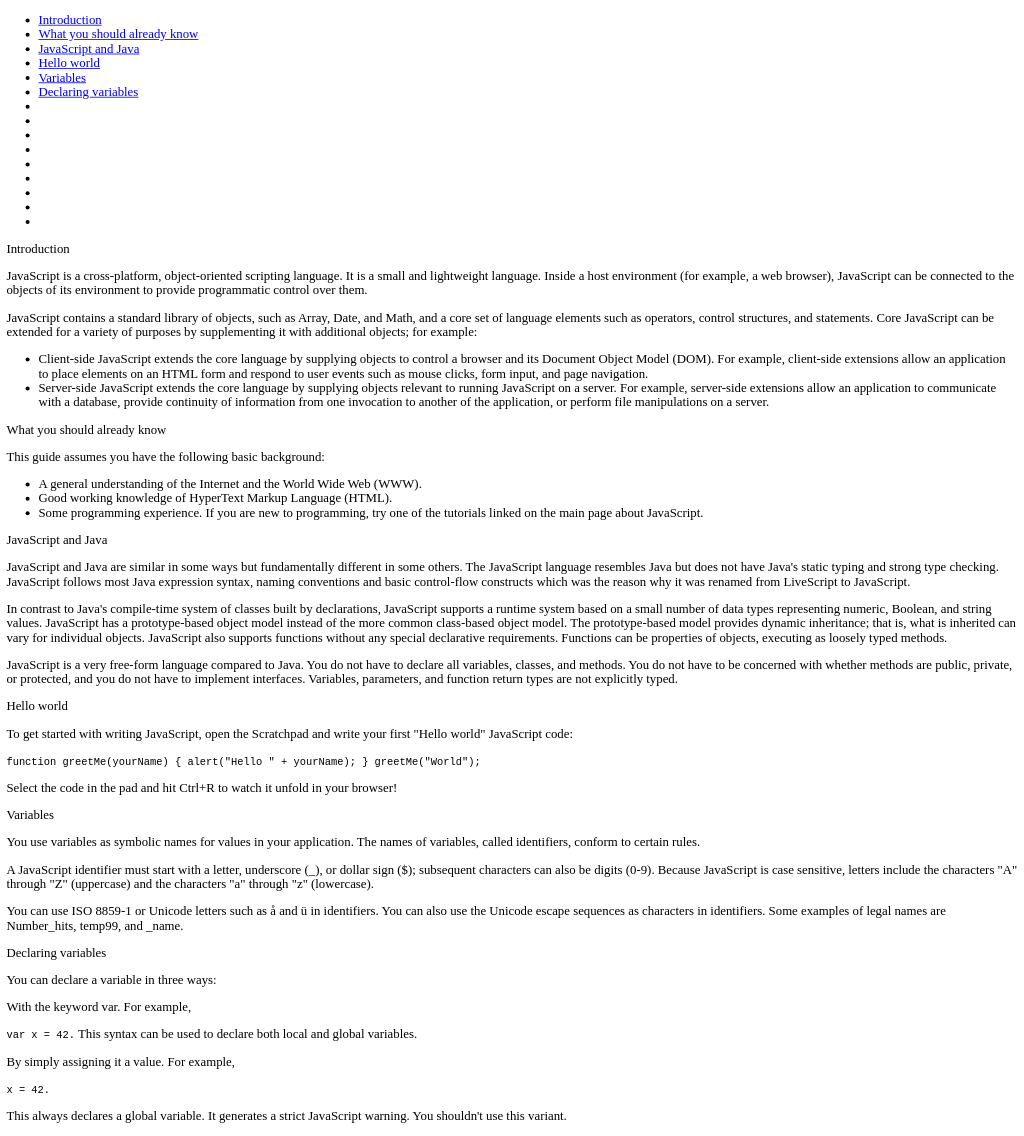
Repository: Lungdjos/technical_document_page_certificate
Page: index.html
These files come from the project's save history. The page is drawn as it stood at one moment and after the next save; the edit follows.
The browser window is 1280 px wide. The pictures show the whole page, at 80% of full size.

Above is the page before, as saved 2023-11-20 19:16:34.

### index.html
<!DOCTYPE html>
<html lang="en">

<head>
    <meta charset="UTF-8">
    <meta name="viewport" content="width=device-width, initial-scale=1.0">
    <title>Technical Document</title>
    <link rel="stylesheet" href="./styles.css">
</head>

<body>
    <nav id="nav-bar">
        <header></header>
        <ul>
            <li>
                <a href="#Introduction" class="navlink">Introduction</a>
            </li>
            <li>
                <a href="#What_you_should_already_know" class="navlink">What you should already know</a>
            </li>
            <li>
                <a href="#JavaScript_and_Java" class="navlink">JavaScript and Java</a>
            </li>
            <li>
                <a href="#Hello_world" class="navlink">Hello world</a>
            </li>
            <li>
                <a href="#Variables" class="navlink">Variables</a>
            </li>
            <li>
                <a href="#Declaring_variables" class="navlink">Declaring variables</a>
            </li>
            <li>
                <a href="" class="navlink"></a>
            </li>
            <li>
                <a href="" class="navlink"></a>
            </li>
            <li>
                <a href="" class="navlink"></a>
            </li>
            <li>
                <a href="" class="navlink"></a>
            </li>
            <li>
                <a href="" class="navlink"></a>
            </li>
            <li>
                <a href="" class="navlink"></a>
            </li>
            <li>
                <a href="" class="navlink"></a>
            </li>
            <li>
                <a href="" class="navlink"></a>
            </li>
            <li>
                <a href="" class="navlink"></a>
            </li>
        </ul>
    </nav>
    <main id="main-doc">
        <section class="main-section" id="Introduction">
            <header id="">Introduction</header>
            <p>JavaScript is a cross-platform, object-oriented scripting language. It is a small and lightweight language. Inside a host environment (for example, a web browser), JavaScript can be connected to the objects of its environment to provide programmatic
                control over them.</p>
            <p>JavaScript contains a standard library of objects, such as Array, Date, and Math, and a core set of language elements such as operators, control structures, and statements. Core JavaScript can be extended for a variety of purposes by supplementing
                it with additional objects; for example:
                <ul>
                    <li>Client-side JavaScript extends the core language by supplying objects to control a browser and its Document Object Model (DOM). For example, client-side extensions allow an application to place elements on an HTML form and respond
                        to user events such as mouse clicks, form input, and page navigation.</li>
                    <li>Server-side JavaScript extends the core language by supplying objects relevant to running JavaScript on a server. For example, server-side extensions allow an application to communicate with a database, provide continuity of information
                        from one invocation to another of the application, or perform file manipulations on a server.</li>
                </ul>
            </p>

        </section>
        <section class="main-section" id="What_you_should_already_know">
            <header id="">What you should already know</header>
            <p>This guide assumes you have the following basic background:
                <ul>
                    <li>A general understanding of the Internet and the World Wide Web (WWW).</li>
                    <li>Good working knowledge of HyperText Markup Language (HTML).</li>
                    <li>Some programming experience. If you are new to programming, try one of the tutorials linked on the main page about JavaScript.</li>
                </ul>
            </p>

        </section>
        <section class="main-section" id="JavaScript_and_Java">
            <header id="">JavaScript and Java</header>
            <p>JavaScript and Java are similar in some ways but fundamentally different in some others. The JavaScript language resembles Java but does not have Java's static typing and strong type checking. JavaScript follows most Java expression syntax,
                naming conventions and basic control-flow constructs which was the reason why it was renamed from LiveScript to JavaScript.</p>
            <p>In contrast to Java's compile-time system of classes built by declarations, JavaScript supports a runtime system based on a small number of data types representing numeric, Boolean, and string values. JavaScript has a prototype-based object
                model instead of the more common class-based object model. The prototype-based model provides dynamic inheritance; that is, what is inherited can vary for individual objects. JavaScript also supports functions without any special declarative
                requirements. Functions can be properties of objects, executing as loosely typed methods.</p>
            <p>JavaScript is a very free-form language compared to Java. You do not have to declare all variables, classes, and methods. You do not have to be concerned with whether methods are public, private, or protected, and you do not have to implement
                interfaces. Variables, parameters, and function return types are not explicitly typed.</p>
        </section>
        <section class="main-section" id="Hello_world">
            <header id="">Hello world</header>
            <p>
                To get started with writing JavaScript, open the Scratchpad and write your first "Hello world" JavaScript code:</p>
            <code>function greetMe(yourName) { alert("Hello " + yourName); }
                greetMe("World");</code>
            <p>Select the code in the pad and hit Ctrl+R to watch it unfold in your browser!</p>
        </section>
        <section class="main-section" id="Variables">
            <header id="">Variables</header>
            <p>You use variables as symbolic names for values in your application. The names of variables, called identifiers, conform to certain rules.</p>
            <p>A JavaScript identifier must start with a letter, underscore (_), or dollar sign ($); subsequent characters can also be digits (0-9). Because JavaScript is case sensitive, letters include the characters "A" through "Z" (uppercase) and the
                characters "a" through "z" (lowercase).</p>
            <p>You can use ISO 8859-1 or Unicode letters such as å and ü in identifiers. You can also use the Unicode escape sequences as characters in identifiers. Some examples of legal names are Number_hits, temp99, and _name.</p>
        </section>
        <section class="main-section" id="#Declaring_variables">
            <header id="">Declaring variables</header>
            <p>You can declare a variable in three ways:</p>
            <p>With the keyword var. For example,</p>
            <code>var x = 42.</code> This syntax can be used to declare both local and global variables.</p>
            <p>By simply assigning it a value. For example,</p>
            <code>x = 42.</code><br>
            <p>This always declares a global variable. It generates a strict JavaScript warning. You shouldn't use this variant.</p>
            <p></p>
        </section>
        <section class="main-section" id="">
            <header id=""></header>
            <p></p>
            <p></p>
            <p></p>
        </section>
        <section class="main-section" id="">
            <header id=""></header>
            <p></p>
            <p></p>
            <p></p>
        </section>
        <section class="main-section" id="">
            <header id=""></header>
            <p></p>
            <p></p>
            <p></p>
        </section>
        <section class="main-section" id="">
            <header id=""></header>
            <p></p>
            <p></p>
            <p></p>
        </section>
        <section class="main-section" id="">
            <header id=""></header>
            <p></p>
            <p></p>
            <p></p>
        </section>
        <section class="main-section" id="">
            <header id=""></header>
            <p></p>
            <p></p>
            <p></p>
        </section>
        <section class="main-section" id="">
            <header id=""></header>
            <p></p>
            <p></p>
            <p></p>
        </section>
        <section class="main-section" id="">
            <header id=""></header>
            <p></p>
            <p></p>
            <p></p>
        </section>
    </main>
</body>

</html>

### styles.css
/* A technical document page stylings */

After the next save:
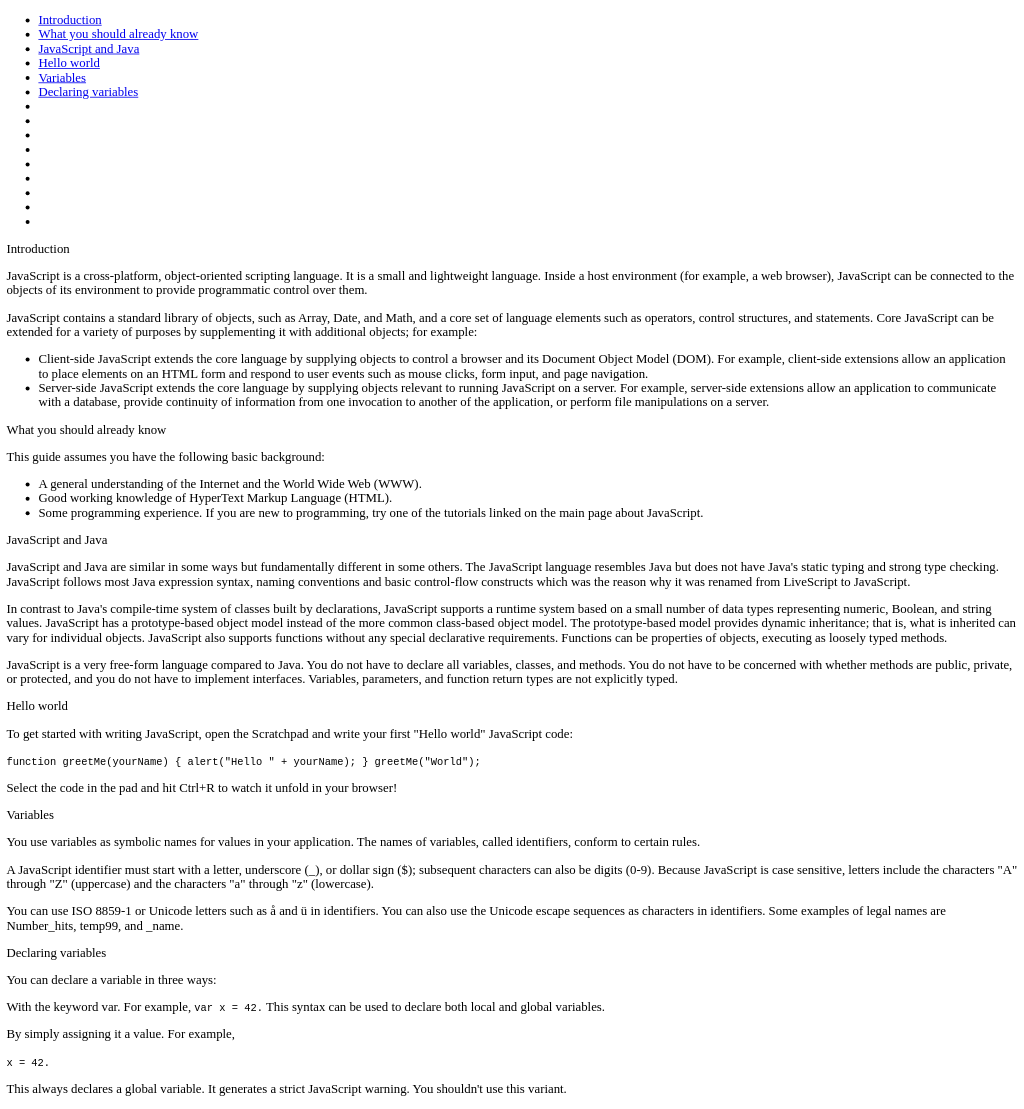
Saved 4 s later.
--- a/index.html
+++ b/index.html
@@ -114,8 +114,8 @@
         <section class="main-section" id="#Declaring_variables">
             <header id="">Declaring variables</header>
             <p>You can declare a variable in three ways:</p>
-            <p>With the keyword var. For example,</p>
-            <code>var x = 42.</code> This syntax can be used to declare both local and global variables.</p>
+            <p>With the keyword var. For example,
+                <code>var x = 42.</code> This syntax can be used to declare both local and global variables.</p>
             <p>By simply assigning it a value. For example,</p>
             <code>x = 42.</code><br>
             <p>This always declares a global variable. It generates a strict JavaScript warning. You shouldn't use this variant.</p>
